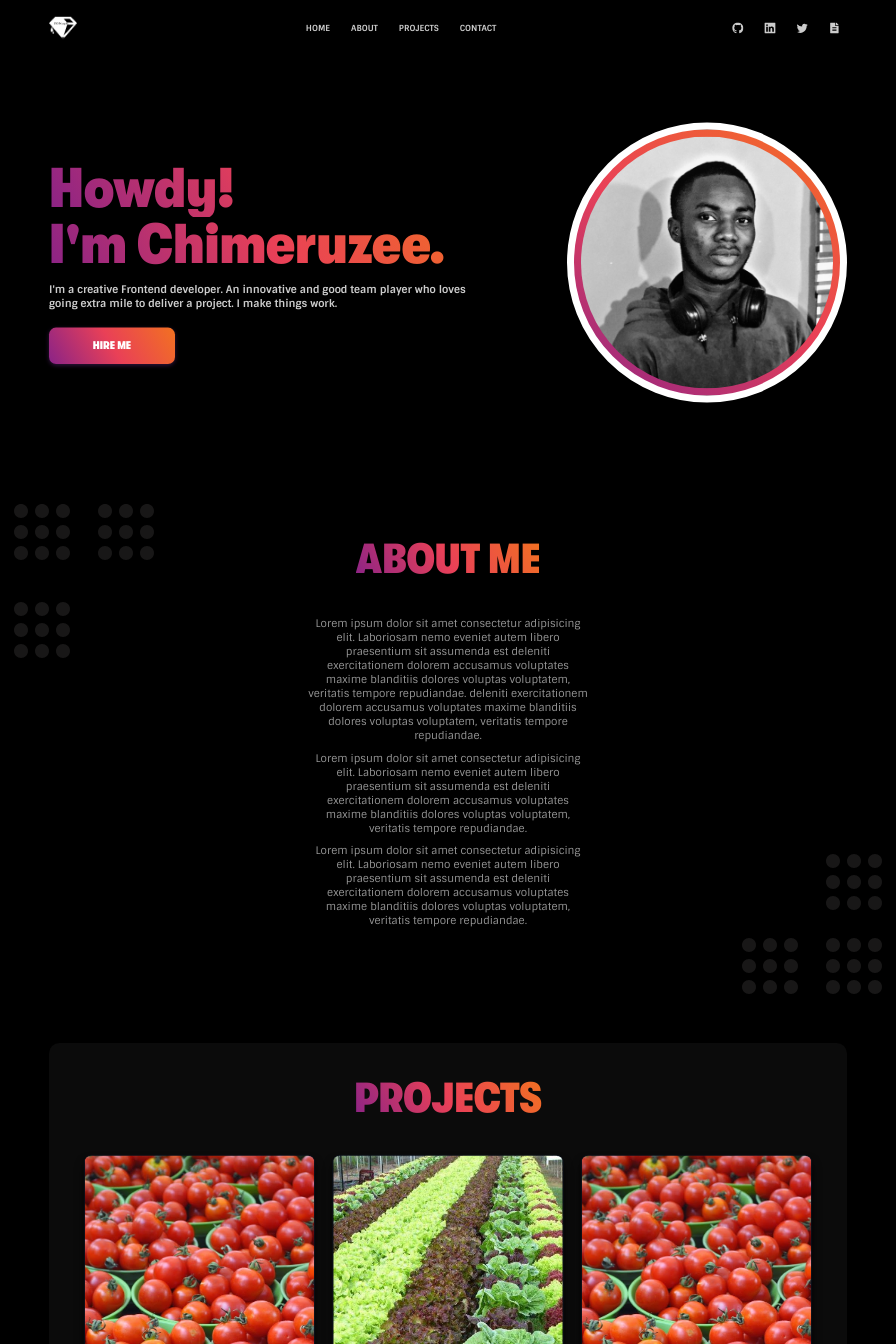
Repository: Ehceyn/ChimeruzeePortfolio
Page: /
The author's editor kept a copy of each file at every save. The page is drawn from the files as they stood at one save, then again after the next save.
The browser window is 1280 px wide. The pictures show the part of the page from y = 0 to 1920 px (the page is 4486 px tall), at 70% of full size.
The project was rebuilt for these pictures with package versions that can differ from the ones it lists, and the page was loaded fresh each time. The framework's server and built-in components were replaced by stand-ins that run in the browser. Also part of the build but not shown: next.config.js, src/components/Timeline/Timeline.js, src/components/Accomplishments/Accomplishments.js.

Above is the page before, as saved 2022-07-17 17:00:49.

After the next save:
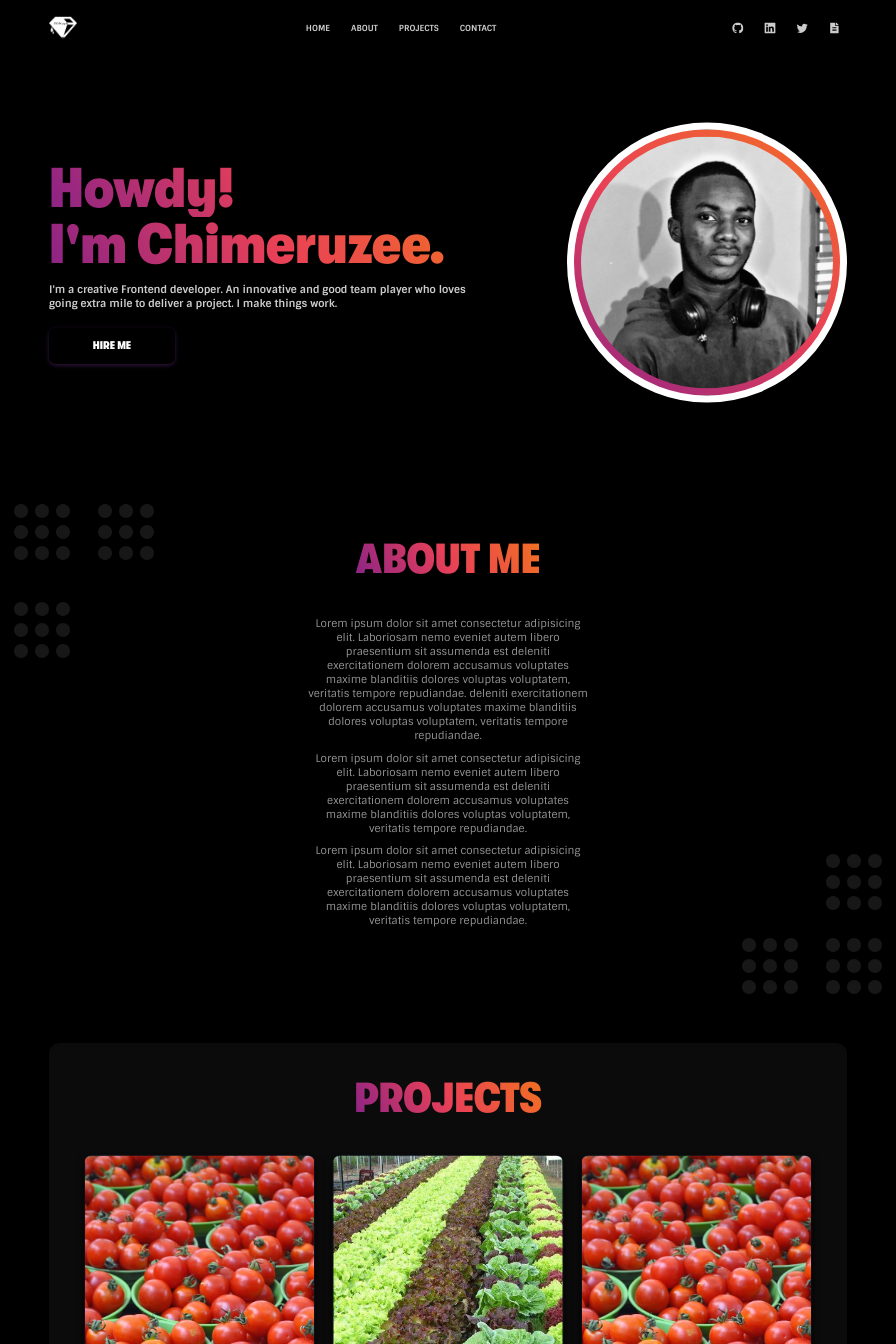
Saved 3 min 26 s later.
--- a/src/components/Hero/Hero.js
+++ b/src/components/Hero/Hero.js
@@ -43,7 +43,7 @@ function Hero() {
         </h4>
         <button
           type="button"
-          className="text-white buttonGrad mt-5 focus:outline-none uppercase rounded-2xl w-[180px] py-4 text-center background"
+          className="text-white buttonGrad mt-5 focus:outline-none uppercase rounded-2xl w-[180px] py-4 text-center"
         >
           hire me
         </button>
